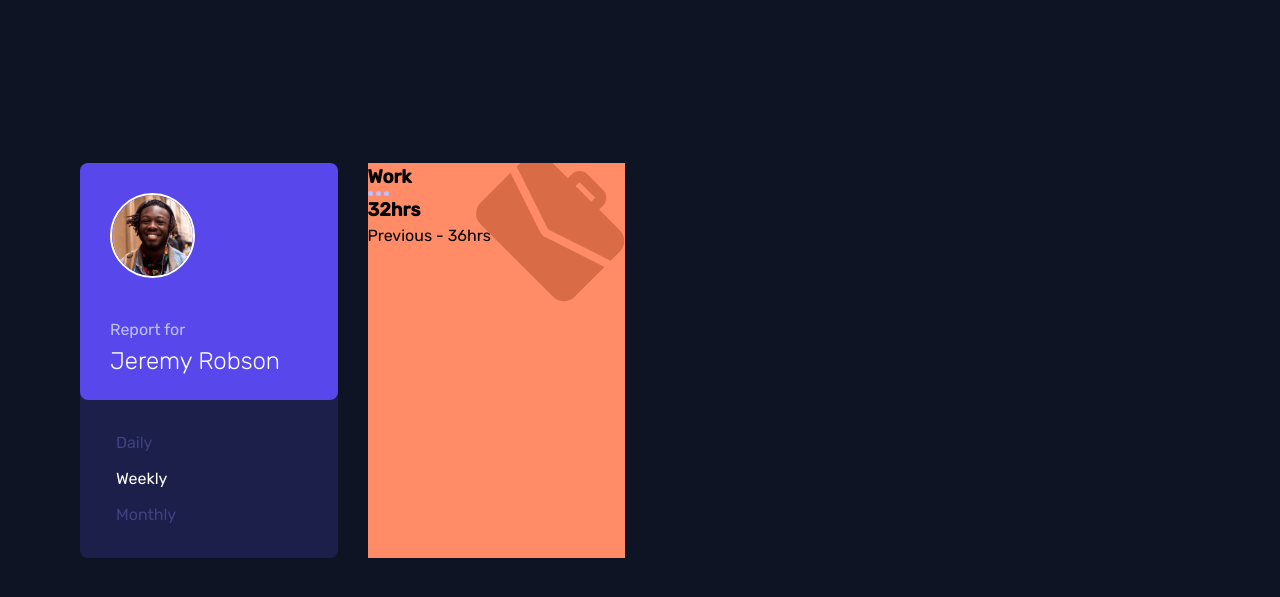
Repository: Akashiii1/WebTimeTracking_Day6
Page: index.html
These files come from the project's save history. The page is drawn as it stood at one moment and after a run of saves; the edit follows.
The browser window is 1280 px wide. The pictures show the whole page.

Above is the page before, as saved 2021-12-27 00:04:46.

After the next 2 saves:
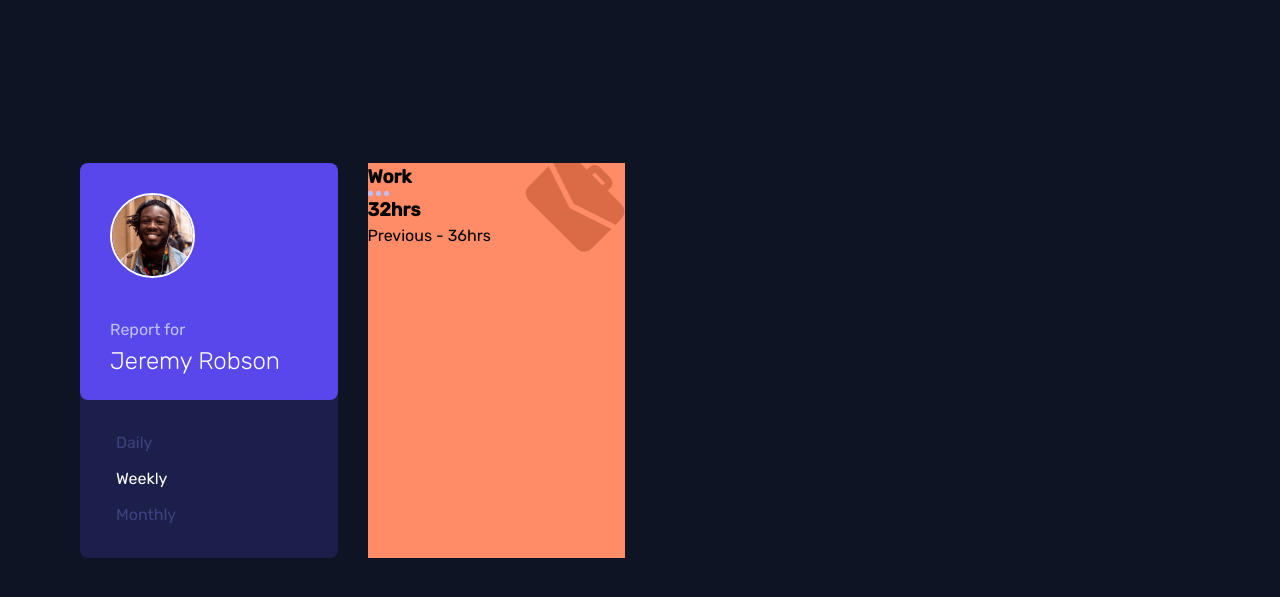
The 2 saves are shown as one change because they came seconds apart.
The last was saved 13 s later.
--- a/style.css
+++ b/style.css
@@ -112,7 +112,7 @@ button{
   color: #fff;
 }
 .work{
-  background: url(images/icon-work.svg) no-repeat top -10px right/ 150px 150px ,var(--Lightreda);
+  background: url(images/icon-work.svg) no-repeat top -10px right/ 100px 100px ,var(--Lightreda);
 }
 /* remove animation for people who've turned them off */
 @media (prefers-reduced-motion: reduce) {
